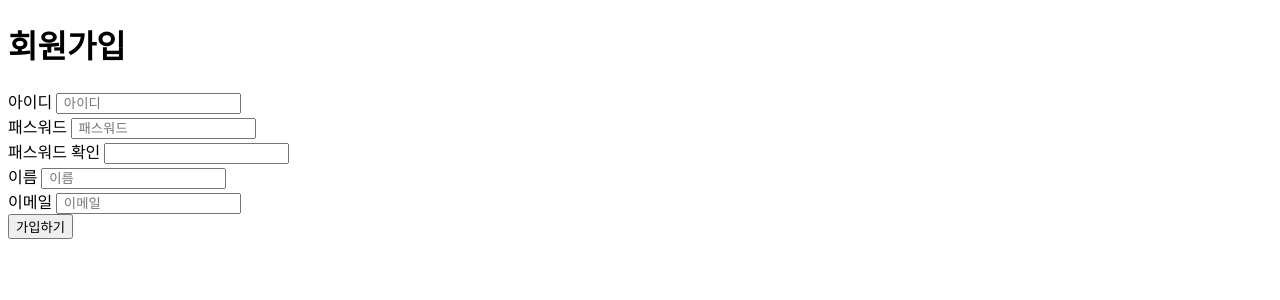
Repository: kayoyo/jsp
Page: http://localhost/BoardWeb_4/join
The author's editor kept a copy of each file at every save. The page is drawn from the files as they stood at one save, then again after the next save.
The browser window is 1280 px wide. The pictures show the whole page.
The page is served by Tomcat 9. Other server files are loaded and not shown.

Above is the page before, as saved 2020-08-28 07:29:50.

### BoardWeb_4/WebContent/WEB-INF/jsp/user/join.jsp
<%@ page language="java" contentType="text/html; charset=UTF-8"
    pageEncoding="UTF-8"%>
<!DOCTYPE html>
<html>
<head>
<meta charset="UTF-8">
<title>회원가입</title>
<style>
	#container {width: 500px;}
	#container > h1
	.err {color: red;}

</style>
</head>
<body>
	<div id="container">
	<h1>회원가입</h1>
	<div class="err">${msg}</div>
	<form id="frm" action="/join" method="post" onsubmit="return check()">
	<div id="uID">
		<label>아이디
			<input type="text" name="user_id" placeholder=" 아이디" required value="${data.user_id}">
		</label>
	</div>
	<div id="uPw">
		<label>패스워드
			<input type="password" name="user_pw" placeholder=" 패스워드" required>
		</label>
	</div>
	<div id="uPwE">
		<label>패스워드 확인
			<input type="password" name="user_pwEtc" palceholder=" 확인 비밀번호">
		</label>
	</div>
	<div id="uNm">
		<label>이름
			<input type="text" name="user_name" placeholder=" 이름" required value="${data.user_name}">
		</label>
	</div>
	<div id="uEm">
		<label>이메일
			<input type="email" name="user_email" placeholder=" 이메일" value="${data.user_email}">
		</label>
	</div>
	<div id="btn">
			<input type="submit" value="가입하기">
	</div>
	</form>
	</div>
	<script>
	function check(){
		if(frm.user_id.value.length < 5){
			alert('아이디는 5글자 이상이 되어야 합니다.')
			frm.user_id.focus()
			return false
		} else if(frm.user_pw.value.length < 5){
			alert('비밀번호는 5글자 이상이 되어야 합니다.')
			frm.user_pw.focus()
			return false
		} else if(frm.user_pw.value != frm.user_pwEtc.value){
			alert('확인 비밀번호를 다시 입력 해 주세요.')
			frm.user_pw.focus()
			return false
		} else if(frm.user_name.value.length > 0){
			const korean = /[^가-힣]/;
			const result = korean.test(frm.user_name.value)
			if(result){
				alert('이름은 한글만 입력 해 주세요.')
				frm.user_name.focus()
				return false
			}
		} if(frm.user_email.value.length > 0){
			const email = /^[0-9a-zA-Z]([-_\.]?[0-9a-zA-Z])*@[0-9a-zA-Z]([-_\.]?[0-9a-zA-Z])*\.[a-zA-Z]{2,3}$/i
			if(!email.test(frm.user_email.value)){
				alert('이메일을 확인 해 주세요.')
				frm.user_email.focus()
				return false
				}
			}

		}

	</script>
</body>
</html>

### BoardWeb_4/src/com/koreait/pjt/user/JoinSer.java
package com.koreait.pjt.user;

import java.io.IOException;
import javax.servlet.ServletException;
import javax.servlet.annotation.WebServlet;
import javax.servlet.http.HttpServlet;
import javax.servlet.http.HttpServletRequest;
import javax.servlet.http.HttpServletResponse;

import com.koreait.pjt.MyUtils;
import com.koreait.pjt.ViewResolver;
import com.koreait.pjt.db.UserDAO;
import com.koreait.pjt.vo.UserVO;


@WebServlet("/join")
public class JoinSer extends HttpServlet {
	private static final long serialVersionUID = 1L;


	protected void doGet(HttpServletRequest request, HttpServletResponse response) throws ServletException, IOException {
		//get은 화면 띄울 때(select만 get에서 처리)

		ViewResolver.forword("user/join", request, response); //user폴더안에 join jsp파일
	}

	protected void doPost(HttpServletRequest request, HttpServletResponse response) throws ServletException, IOException {
		//post는 화면 처리
		String user_id = request.getParameter("user_id");
		String user_pw = request.getParameter("user_pw");
		String encrypt_pw = MyUtils.encryptString(user_pw);
		String user_name = request.getParameter("user_name");
		String user_email = request.getParameter("user_email");

		UserVO param = new UserVO();
		param.setUser_id(user_id);
		param.setUser_pw(encrypt_pw);
		param.setUser_name(user_name);
		param.setUser_email(user_email);

		int result = UserDAO.insUser(param);
		System.out.println("result : " + result);

		if(result != 1) {
			request.setAttribute("msg", "에러가 발생했습니다.");
			request.setAttribute("data", param);

			doGet(request, response);
			return;
		}
		response.sendRedirect("/login");
	}

}

### BoardWeb_4/src/com/koreait/pjt/ViewResolver.java
package com.koreait.pjt;

import java.io.IOException;

import javax.servlet.ServletException;
import javax.servlet.http.HttpServlet;
import javax.servlet.http.HttpServletRequest;
import javax.servlet.http.HttpServletResponse;

public class ViewResolver {
	public static void forword(String fileNm, HttpServletRequest request, HttpServletResponse response) throws ServletException, IOException{
		String jsp = String.format("/WEB-INF/jsp/%s.jsp", fileNm);
		request.getRequestDispatcher(jsp).forward(request, response);

	}

	//로그인 체크
	public static void forwordLoginChk(String fileNm, HttpServletRequest request, HttpServletResponse response) throws ServletException, IOException {

		if(MyUtils.isLogout(request)) {
			response.sendRedirect("/login"); //로그인이 안되어 있을 때
			return;
		}
		ViewResolver.forword(fileNm, request, response);
	}

}

After the next save:
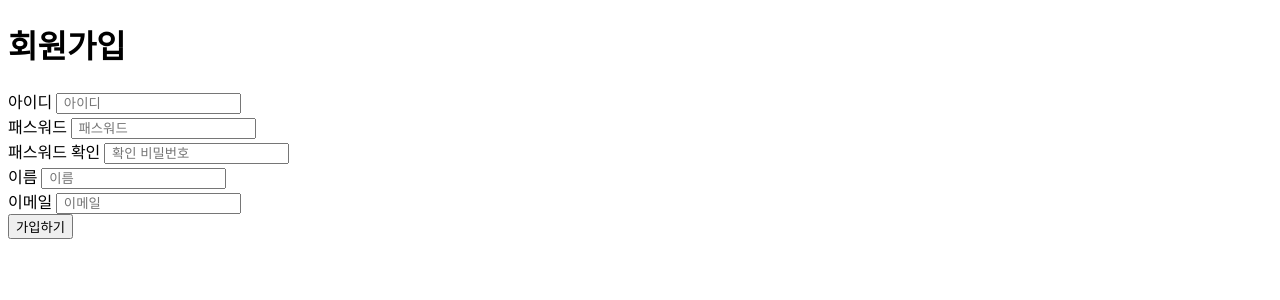
Saved 42 s later.
--- a/BoardWeb_4/WebContent/WEB-INF/jsp/user/join.jsp
+++ b/BoardWeb_4/WebContent/WEB-INF/jsp/user/join.jsp
@@ -29,7 +29,7 @@
 	</div>
 	<div id="uPwE">
 		<label>패스워드 확인
-			<input type="password" name="user_pwEtc" palceholder=" 확인 비밀번호">
+			<input type="password" name="user_pwEtc" placeholder=" 확인 비밀번호">
 		</label>
 	</div>
 	<div id="uNm">
